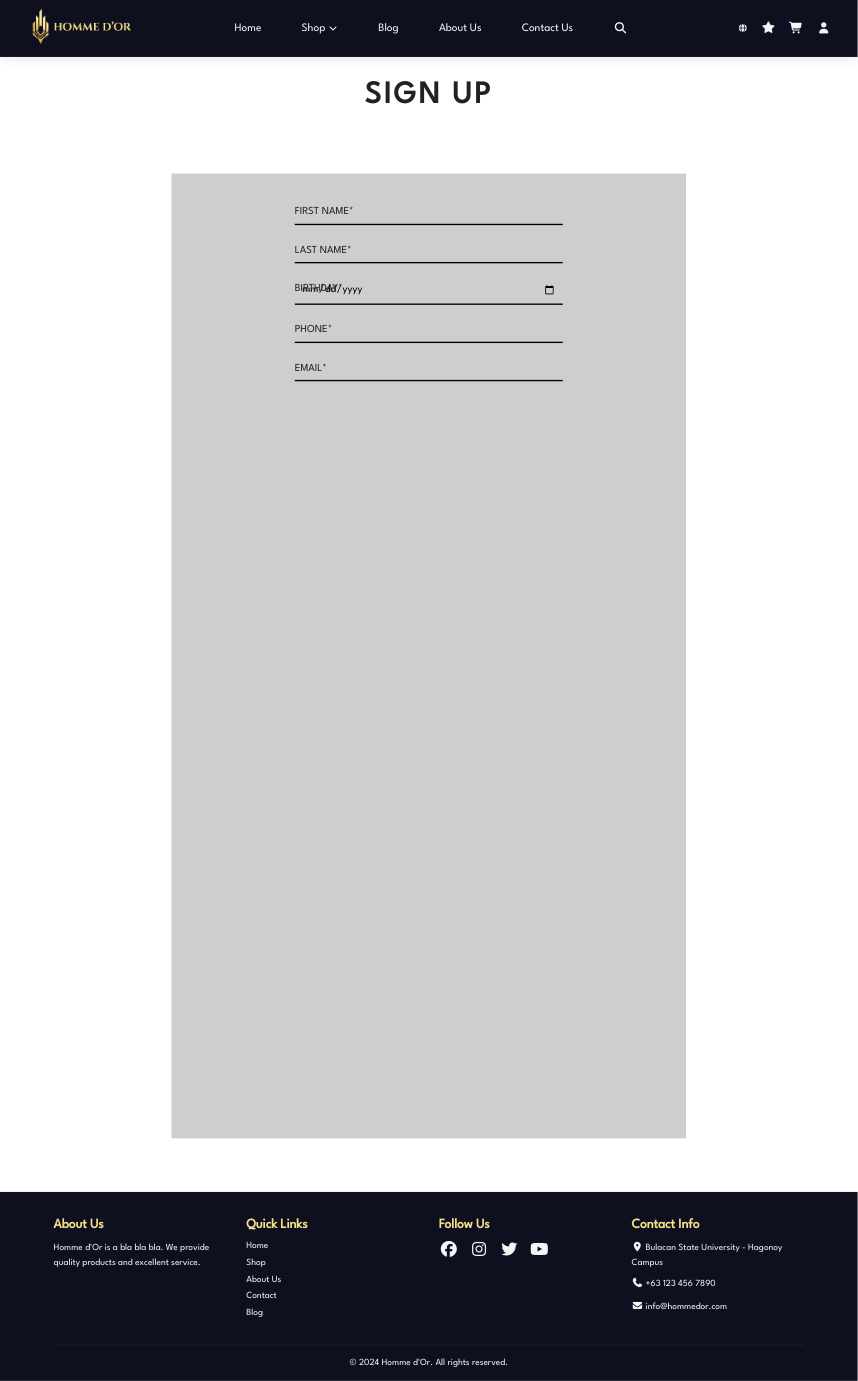
Repository: Izy-Blinken/Homme-d-Or
Page: http://localhost/Homme_dor/pages/signup.php?country=ph
An editor plug-in stored every save of this project. The page is shown before and after the next save, followed by the edit.
The browser window is 1280 px wide. The pictures show the whole page, at 67% of full size.
The page is run by PHP 8.4 with error messages shown; the project is at /var/www/html/.

Above is the page before, as saved 2026-01-24 20:13:23.

### pages/signup.php
<!DOCTYPE html>
<html>
    <head>
        <title>Sign Up</title>
        <link rel="stylesheet" href="../assets/icons/fontawesome/css/all.min.css">
        <link rel="stylesheet" href="../assets/css/style.css">
    </head>

    <body>

        <?php include '../components/header.php'; ?>

        <main>
            <div class="signupTitle">
                <h2><b>SIGN UP</b></h2>
            </div>

            <div class="signupContainer">

                <div class="inputGroup">
                    <input type="text" required>
                    <label>FIRST NAME*</label>
                </div>

                <div class="inputGroup">
                    <input type="text" required>
                    <label>LAST NAME*</label>
                </div>

                <div class="inputGroup">
                    <input type="date" required>
                    <label>BIRTHDAY*</label>
                </div>

                <div class="inputGroup">

                    <input type="text" maxlength="11" required>
                    <label>PHONE*</label>
                </div>

                <div class="inputGroup">
                    <input type="email" required>
                    <label>EMAIL*</label>
                </div>

            </div>
        </main>

        <?php include '../components/footer.php'; ?>

    </body>
</html>

### components/header.php
<?php
$currentPage = basename($_SERVER['PHP_SELF']);
?>

<section id="header">
    <a href="index.php">
        <img src="../assets/images/brand_images/prodLogo.png" class="logo" alt="Brand Logo">
    </a>

    <div class="nav-wrapper">
        <ul id="navbar">
            <li><a class="<?php echo ($currentPage == 'index.php') ? 'active' : ''; ?>" href="index.php">Home</a></li>
            <li class="dropdown">
                <a >
                    Shop <i class="fa-solid fa-chevron-down"></i>
                </a>
                <ul class="dropdown-menu">
                    <li><a href="shop.php?category=sale">Sale</a></li>
                    <li><a href="shop.php?category=new-arrival">New Arrival</a></li>
                    <li><a href="shop.php?category=top-picks">Top Picks</a></li>
                    <li><a href="shop.php?category=daily-wear">Daily Wear</a></li>
                    <li><a href="shop.php?category=premium">Premium</a></li>
                </ul>
            </li>
            <li><a class="<?php echo ($currentPage == 'blog.php') ? 'active' : ''; ?>" href="blog.php">Blog</a></li>
            <li><a class="<?php echo ($currentPage == 'AboutUs.php') ? 'active' : ''; ?>" href="AboutUs.php">About Us</a></li>
            <li><a class="<?php echo ($currentPage == 'ContactUs.php') ? 'active' : ''; ?>" href="ContactUs.php">Contact Us</a></li>
            <li><a href="search.php"><i class="fa-solid fa-search"></i></a></li>
        </ul>

        <ul id="navbar-right">
        <li class="dropdown country-dropdown">
            <a href="#">
                <i class="fa-solid fa-globe"></i>
            </a>
            <ul class="dropdown-menu country-menu">
                <li><a href="?country=ph"><span class="flag">🇵🇭</span> Philippines</a></li>
                <li><a href="?country=jp"><span class="flag">🇯🇵</span> Japan</a></li>
                <li><a href="?country=cn"><span class="flag">🇨🇳</span> China</a></li>
                <li><a href="?country=fr"><span class="flag">🇫🇷</span> France</a></li>
            </ul>
        </li>
        <li><a class="<?php echo ($currentPage == 'wishlist.php') ? 'active' : ''; ?>"href="wishlist.php"><i class="fa-solid fa-star"></i></a></li>
            <li><a class="<?php echo ($currentPage == 'cart.php') ? 'active' : ''; ?>" href="cart.php"><i class="fa-solid fa-shopping-cart"></i></a></li>
            <li><a class="<?php echo ($currentPage == 'profile.php') ? 'active' : ''; ?>" href="profile.php"><i class="fa-solid fa-user"></i></a></li>
        </ul>
    </div>
</section>

### components/footer.php
<footer id="footer">
    <div class="footer-content">
        <div class="footer-section">
            <h3>About Us</h3>
            <p>Homme d'Or is a bla bla bla. We provide quality products and excellent service.</p>
        </div>

        <div class="footer-section">
            <h3>Quick Links</h3>
            <ul>
                <li><a href="index.php">Home</a></li>
                <li><a href="shop.php">Shop</a></li>
                <li><a href="AboutUs.php">About Us</a></li>
                <li><a href="ContactUs.php">Contact</a></li>
                <li><a href="blog.php">Blog</a></li>
            </ul>
        </div>

        <div class="footer-section">
            <h3>Follow Us</h3>
            <div class="social-icons">
                <a href="#"><i class="fa-brands fa-facebook"></i></a>
                <a href="#"><i class="fa-brands fa-instagram"></i></a>
                <a href="#"><i class="fa-brands fa-twitter"></i></a>
                <a href="#"><i class="fa-brands fa-youtube"></i></a>
            </div>
        </div>

        <div class="footer-section">
            <h3>Contact Info</h3>
            <p><i class="fa-solid fa-location-dot"></i> Bulacan State University - Hagonoy Campus</p>
            <p><i class="fa-solid fa-phone"></i> +63 123 456 7890</p>
            <p><i class="fa-solid fa-envelope"></i> info@hommedor.com</p>
        </div>
    </div>

    <div class="footer-bottom">
        <p>&copy; 2024 Homme d'Or. All rights reserved.</p>
    </div>
</footer>

Loaded but not shown: assets/icons/fontawesome/css/all.min.css (library); assets/css/style.css (1626 lines, source omitted)

After the next save:
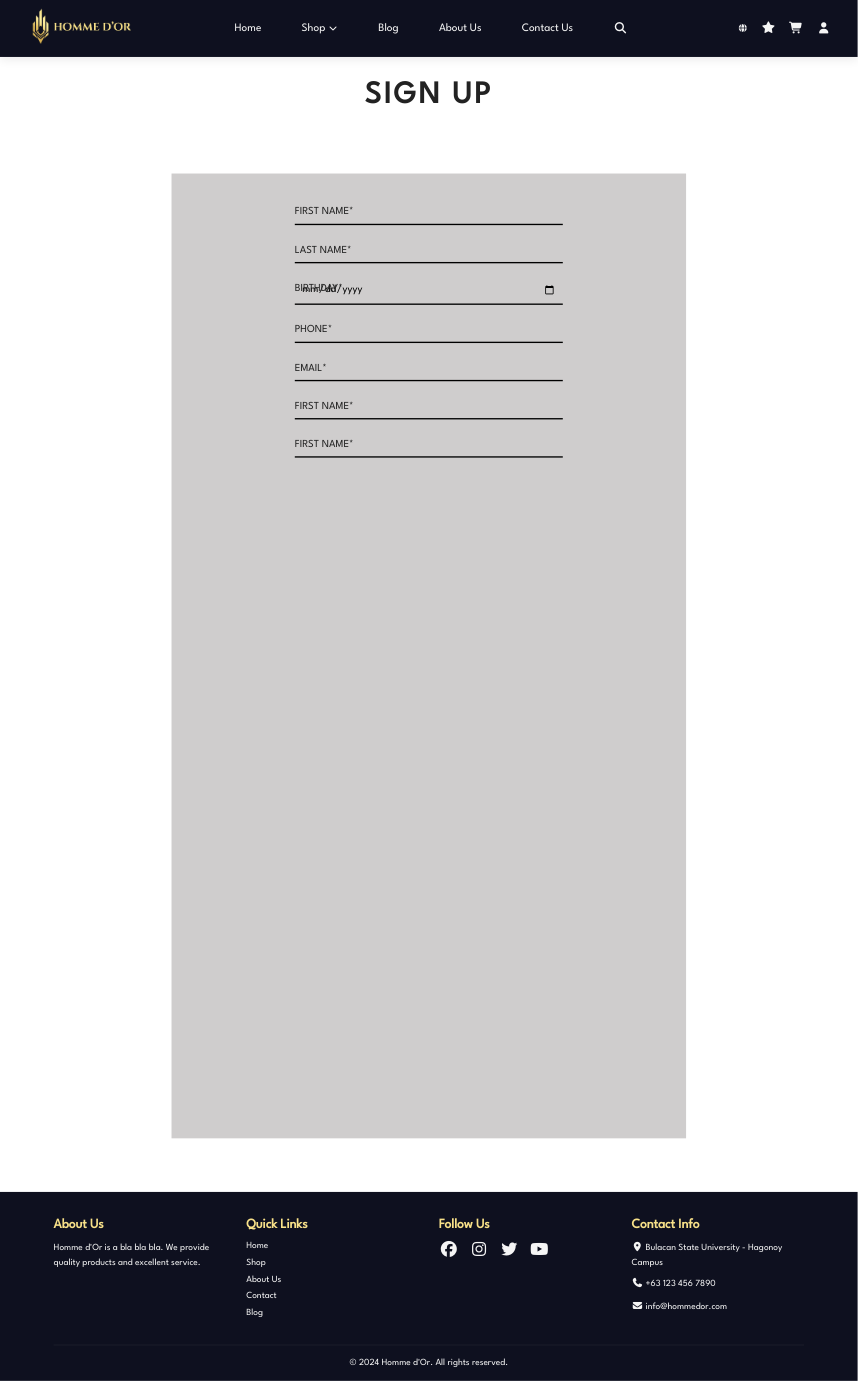
Saved 4 s later.
--- a/pages/signup.php
+++ b/pages/signup.php
@@ -43,6 +43,16 @@
                     <label>EMAIL*</label>
                 </div>
 
+                <div class="inputGroup">
+                    <input type="text" required>
+                    <label>FIRST NAME*</label>
+                </div>
+
+                <div class="inputGroup">
+                    <input type="text" required>
+                    <label>FIRST NAME*</label>
+                </div>
+
             </div>
         </main>
 
